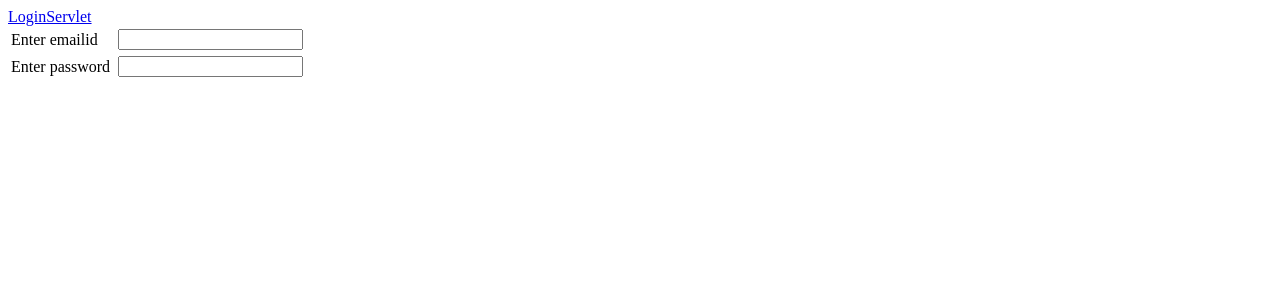
Repository: rajeshyadav3/Advjava
Page: workspace2/EmpWebApp/WebContent/Login.html
These files come from the project's save history. The page is drawn as it stood at one moment and after the next save; the edit follows.
The browser window is 1280 px wide. The pictures show the whole page.

Above is the page before, as saved 2024-01-03 11:58:38.

After the next save:
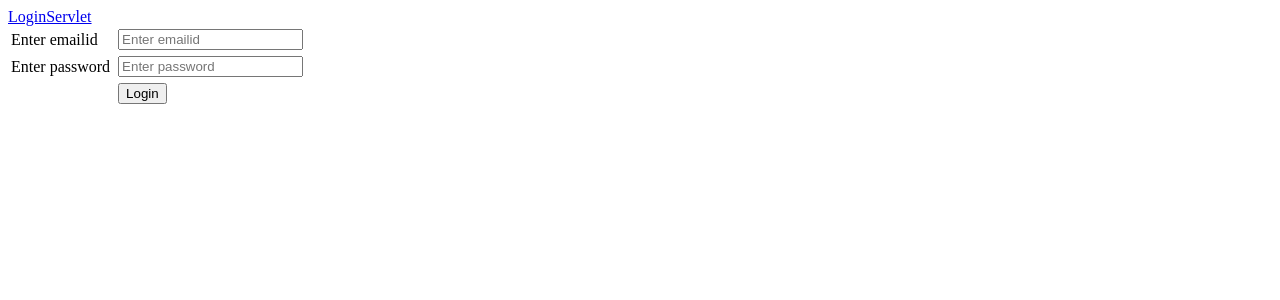
Saved 12 min 1 s later.
--- a/workspace2/EmpWebApp/WebContent/Login.html
+++ b/workspace2/EmpWebApp/WebContent/Login.html
@@ -5,20 +5,25 @@
 <title>Login page</title>
 </head>
 <body>
-<form action ="">
+<form action ="LoginServlet">
 <table>
 
 <tr>
 <td>Enter emailid<td/>
-<td><input type="text" name="emailid"/><td/>
+<td><input type="text" name="emailid" placeholder="Enter emailid"/><td/>
 <tr/>
 
 <tr>
 <td>Enter password<td/>
-<td><input type="text" name="emailid"/><td/>
+<td><input type="text" name="password" placeholder="Enter password"/><td/>
 <tr/>
 
 <a href="LoginServlet"/>LoginServlet<a/>
+
+<tr>
+<td><td/>
+<td><button>Login</button><td/>
+<tr/>
 
 </table>
 
